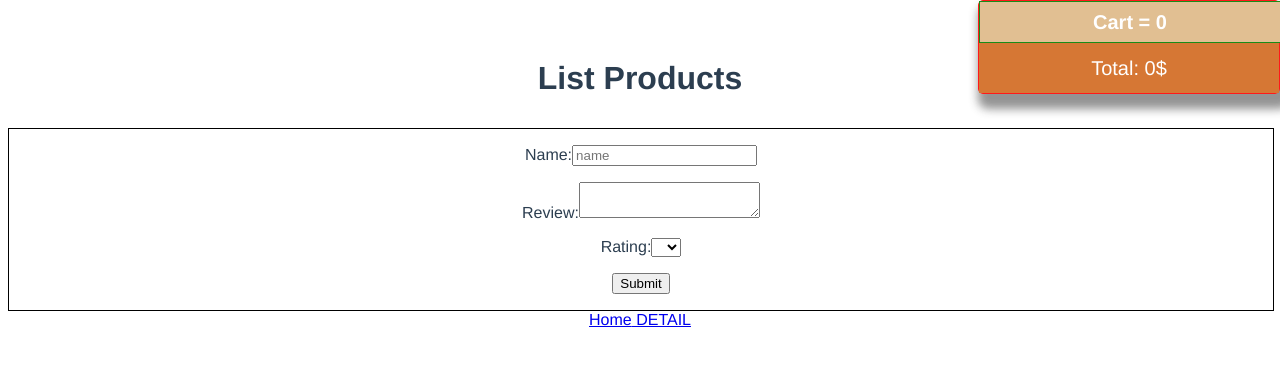
Repository: thanhdat130298/ncc-cart
Page: /
These files come from the project's save history. The page is drawn as it stood at one moment and after a run of saves; the edit follows.
The browser window is 1280 px wide. The pictures show the whole page.
The page's requests for data from a server got no answer. The project was rebuilt for these pictures with package versions that can differ from the ones it lists, and the page was loaded fresh each time. No one was signed in, and anything a server would have sent is missing. Also part of the build but not shown: src/components/home.vue, src/components/detail.vue.

Above is the page before, as saved 2020-03-18 11:09:51.

### src/main.js
import Vue from "vue";
import App from "./App.vue";
import store from "./store.js";
import router from "./routes"


Vue.config.productionTip = false;
Vue.use({ store });
new Vue({
  store,
  router,
  render: h => h(App)
}).$mount("#app");

### src/App.vue
<template>
  <div id="app">
    <h1>List Products</h1>
    <product />
    <cart />
    <review />
    <div>
      <router-link to="/home"> Home</router-link>
      <router-link to="/detail"> DETAIL</router-link>
    </div>
    <router-view />
  </div>
</template>

 <script>
import product from "./components/product.vue";
import Review from "./components/review.vue";
import Cart from "./components/cart.vue";

export default {
  name: "App",
  components: {
  product,
  Review,
  Cart
  }
};
</script>

<style>
#app {
  font-family: Avenir, Helvetica, Arial, sans-serif;
  -webkit-font-smoothing: antialiased;
  -moz-osx-font-smoothing: grayscale;
  text-align: center;
  color: #2c3e50;
  margin-top: 60px;
}
</style>

### src/store.js
import Vue from "vue";
import Vuex from "vuex";
import axios from "axios";
import VueAxios from "vue-axios";
Vue.use(Vuex);
Vue.use(VueAxios, axios);
export default new Vuex.Store({
  state: {
    products: [],
    carts: []
  },
  getters: {
    getProducts: state => state.products,
    inCart: state => state.carts
  },
  mutations: {
    SAVE_PRODUCT(state, proApi) {
      state.products = proApi;
    },
    SAVE_CART(state, cartApi) {
      state.carts = cartApi;
    },
    updateCart(state, product) {
      let found = this.state.carts.find(array => {
        return array.idPro == product.idPro;
      });
      if (found) {
        found.qty++;
      } else {
        this.state.carts.push({
          qty: 1,
          idPro: product.idPro,
          name: product.name,
          price: product.price
        });
      }
      product.proStatic --;
    }
  },
  actions: {
    //get product from API
    listProduct({ commit }) {
      Vue.axios
        .get("http://localhost:3000/product/get")
        .then(result => {
          commit("SAVE_PRODUCT", result.data);
        })
        .catch(error => {
          throw new Error(`API ${error}`);
        });
    },

    //GET from cart api
    listCart({ commit }) {
      Vue.axios
        .get("http://localhost:3000/cart")
        .then(result => {
          commit("SAVE_CART", result.data);
        })
        .catch(error => {
          throw new Error(`API ${error}`);
        });
    },
    //post to cart API
    saveCart(state, product) {
        Vue.axios
          .post("http://localhost:3000/cart/create", {
            idPro: product.idPro,
            price: product.price,
            name: product.name,
            qty: 1
          })
          .catch(error => {
            console.log(error)
          console.log("else");
          });

    },
    callUpdateCart({ commit }, product) {
      commit("updateCart", product);
    }}
});

### src/routes.js
import Vue from "vue";
import Router from "vue-router";
import home from "@/components/home";
import detail from "@/components/detail";
Vue.use(Router);
export default new Router({
  routes: [
    {
      path: "/home",
      name: "home",
      component: home
    },
    {
      path: "/detail",
      name: 'detail',
      component: detail
    }
  ]
});

### src/components/product.vue
<template>
  <div>
    <div class="container">
      <div class="clear"></div>
      <div v-for="product in arrProduct" :key="product.idPro">
        <div class="product">
          <img :src="product.image" alt="image" />
          <div>{{ product.name }}</div>
          <div class="static">
            <p
              v-if="product.proStatic >= 10"
              style="background-image: linear-gradient(to right, white, green, white);color: white;"
            >
              Selling
            </p>
            <p
              v-else-if="product.proStatic < 10 && product.proStatic > 0"
              style="background-image: linear-gradient(to right, white, red, white);color: white;"
            >
              Limit
            </p>
            <p
              v-else
              style="background-image: linear-gradient(to right, white, #808080, white);color: white;"
            >
              Empty
            </p>
            <ul>
              <li>Meterial: {{ product.meterial }}</li>
              <li>Fabric: {{ product.fabric }}</li>
              <li>Real: {{ product.real }}</li>
              <li>Price: {{ product.price }}</li>
            </ul>
            <button
              v-on:click="updateCart(product)"
              :disabled="!check(product)"
              :class="{ disable: !check(product) }"
            >
              ADD TO CART
            </button>
          </div>
        </div>
      </div>
    </div>
  </div>
</template>

<script>
export default {
  name: "product",
  computed: {
    arrProduct() {
      return this.$store.getters.getProducts;
    }
  },
  created () {
    this.$store.dispatch("listProduct");
  },
  methods: {
    updateCart(product) {
     // console.log("aa", product)
      this.$store.dispatch("callUpdateCart", product);
      this.$store.dispatch("saveCart", product);
    },
    check(product) {
      if (product.proStatic > 0) {
        return true;
      }
      return false;
    }
  }
};
</script>
<style scoped>
.disable {
  background-color: black;
}
.total {
  clear: left;
  color: white;
  height: 50px;
  line-height: 50px;
  font-size: 20px;
  background-color: chocolate;
}
* {
  margin: 0;
  padding: 0;
}
h3 {
  margin: 40px 0 0;
}
.clear {
  clear: left;
}
form {
  width: 70%;
  margin: 0 auto;
  padding: 10px;
}
ul {
  list-style-type: none;
  padding: 0;
}
li {
  margin: 0;
}
h2 {
  margin: 0;
  padding: 0;
}
p {
  margin: 5px;
}
.dis {
  background-color: yellow;
}
a {
  color: #42b983;
}
img {
  height: 300px;
  width: 90%;
}
.container {
}
.fixed > div {
  width: 100%;
}
.fixed {
  border: 1px solid red;
  position: fixed;
  top: 0;
  right: 0;
  margin-bottom: 100px;
  width: 300px;
  background-color: cornsilk;
}
.cartdetail {
  width: 40%;
  border-bottom: 1px solid black;

  float: left;
}
.product {
  border: 1px solid black;
  float: left;
  margin-left: 1%;
  margin-top: 5%;
  width: 24%;
  box-sizing: border-box;
}
.color-box {
  width: 40px;
  margin-left: 30%;
  height: 40px;
}
button {
  background-color:cornflowerblue;
  color: white;
  outline: none;
  height: 30px;
  border-radius: 10px;

  width: 130px;
}
.cart {
  height: 40px;
  line-height: 40px;
  font-size: 20px;
  background-color: burlywood;
  color: white;
  font-weight: bold;
  width: 100%;
  margin: 0;
  border: 1px solid green;
}
</style>

### src/components/review.vue
<template>
  <div class="container">
    <form class="review-form" @submit.prevent="onSubmit">
      <div class="form-right">
        <p>
          <label for="name">Name:</label>
          <input id="name" v-model="name" placeholder="name" />
        </p>
        <p>
          <label for="review">Review:</label>
          <textarea id="review" v-model="review"></textarea>
        </p>
        <p>
          <label for="rating">Rating:</label>
          <select id="rating" v-model.number="rating">
            <option>5</option>
            <option>4</option>
            <option>3</option>
            <option>2</option>
            <option>1</option>
          </select>
        </p>
        <p>
          <input type="submit" value="Submit" />
        </p>
      </div>
      <div v-for="(review,index) in reviews" v-bind:key="index">
        <span>{{ review.name }}</span>
        <span>{{ review.rating }}</span>
        <span>{{ review.review }}</span
        ><br />
      </div>
      <div v-if="errors.length" class="form-left">
        <b> Please correct the following error(s):</b>
        <ul>
          <li v-for="(error,index) in errors" v-bind:key="index">{{ error }}</li>
        </ul>
      </div>
    </form>
  </div>
</template>
<script>
export default {
  name: "Review",
  data() {
    return {
      review: null,
      rating: null,
      name: null,
      errors: [],
      reviews: []
    };
  },
  methods: {
    onSubmit() {
      this.errors.length=3;
      if (this.name && this.review && this.rating) {
        //GET VALUE NAME, REVIEW, RATING
        this.reviews.push({
          name: this.name,
          review: this.review,
          rating: this.rating
        });
        this.errors.length = 0;
      } else {
        if (!this.name) this.errors.push("Name Required!");
        if (!this.review) this.errors.push("Review Required!");
        if (!this.rating) this.errors.push("Rating Required!");
      }
    }
  },
  computed: {
    show() {
      return this.reviews;
    }
  }
};
</script>
<style scoped>
.form-right {
  width: 100%;
  margin-top: 10px;
  float: left;
}
.form-right {
  border: 1px solid black;
}
span {
  margin-left: 5px;
}
li {
  color: red;
  list-style: none;
}
</style>

### src/components/cart.vue
<template>
  <div>
    <div class="fixed">
      <p class="cart">Cart = {{ Counter }}</p>
      <div v-for="cart in inCart" v-bind:key="cart.idPro" class="cartdetail">
        <div>Product Name: {{ cart.name }}</div>
        <div>Product id: {{ cart.idPro }}</div>
        <div>Choosed: {{ cart.qty }}</div>
        <div>Product Price: {{ cart.price }}$</div>
      </div>
      <div class="total">Total: {{ totalPrice }}$</div>
    </div>
  </div>
</template>

<script>
export default {
  name: "Cart",
  computed: {
    inCart() {
      return this.$store.getters.inCart;
    },
    totalPrice() {
      let sum = 0;
      for (let i = 0; i < this.$store.state.carts.length; i++) {
        sum +=
          this.$store.state.carts[i].price * this.$store.state.carts[i].qty;
        //console.log(this.$store.state.carts)
      }
      return sum;
    },
    Counter() {
      let count = 0;
      for (let i = 0; i < this.$store.state.carts.length; i++) {
        count = count + this.$store.state.carts[i].qty;
      }
      return count;
    }
  },
  created() {
    this.$store.dispatch("listCart");
  }
};
</script>
<style scoped>
.disable {
  background-color: black;
}
.total {
  clear: left;
  color: white;
  height: 50px;
  line-height: 50px;
  font-size: 20px;
  background-color: chocolate;
}
* {
  margin: 0;
  padding: 0;
}
h3 {
  margin: 40px 0 0;
}
.clear {
  clear: left;
}
form {
  width: 70%;
  margin: 0 auto;
  padding: 10px;
}
ul {
  list-style-type: none;
  padding: 0;
}
li {
  margin: 0;
}
h2 {
  margin: 0;
  padding: 0;
}
p {
  margin: 5px;
}
.dis {
  background-color: yellow;
}
a {
  color: #42b983;
}
img {
  height: 300px;
  width: 90%;
}
.container {
}
.fixed > div {
  width: 100%;
}
.fixed {
  box-shadow: 5px 10px 10px 5px #888888;
  opacity: 0.9;
  border: 1px solid red;
  position: fixed;
  top: 0;
  right: 0;
  margin-bottom: 100px;
  border-radius: 5px;
  width: 300px;
  background-color: cornsilk;
}
.cartdetail {
  width: 40%;
  border-bottom: 1px solid black;

  float: left;
}
.pro1 {
  border: 1px solid black;
  float: left;
  margin-left: 1%;
  margin-top: 5%;
  width: 24%;
  box-sizing: border-box;
}
.color-box {
  width: 40px;
  margin-left: 30%;
  height: 40px;
}
button {
  background-color: brown;
  color: white;
  outline: none;
  height: 40px;
  width: 70px;
}
.cart {
  height: 40px;
  line-height: 40px;
  font-size: 20px;
  background-color: burlywood;
  color: white;
  font-weight: bold;
  width: 100%;
  margin: 0;
  border: 1px solid green;
}
</style>

Loaded but not shown: public/index.html (common file)

After the next 2 saves:
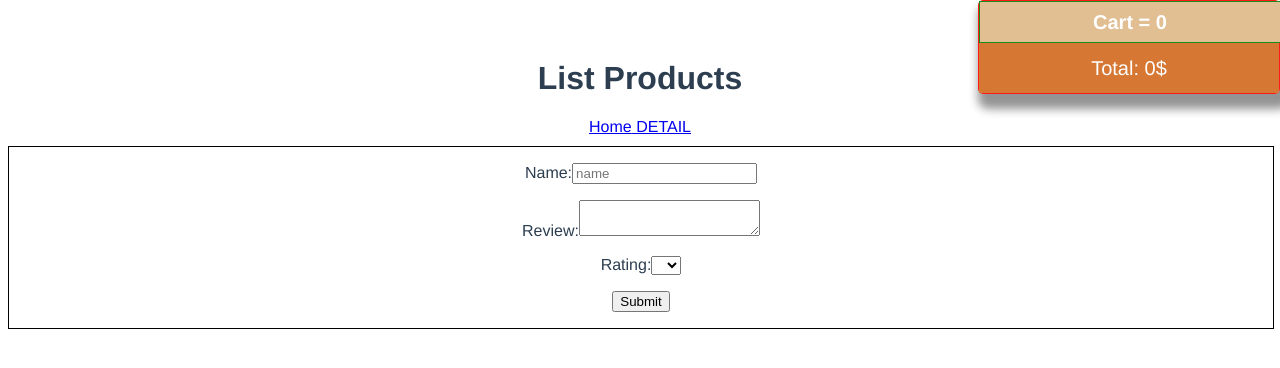
The 2 saves are shown as one change because they came seconds apart.
The last was saved 14 s later.
--- a/src/App.vue
+++ b/src/App.vue
@@ -1,14 +1,14 @@
 <template>
   <div id="app">
     <h1>List Products</h1>
-    <product />
-    <cart />
-    <review />
     <div>
       <router-link to="/home"> Home</router-link>
       <router-link to="/detail"> DETAIL</router-link>
     </div>
     <router-view />
+    <product />
+    <cart />
+    <review />
   </div>
 </template>
 
